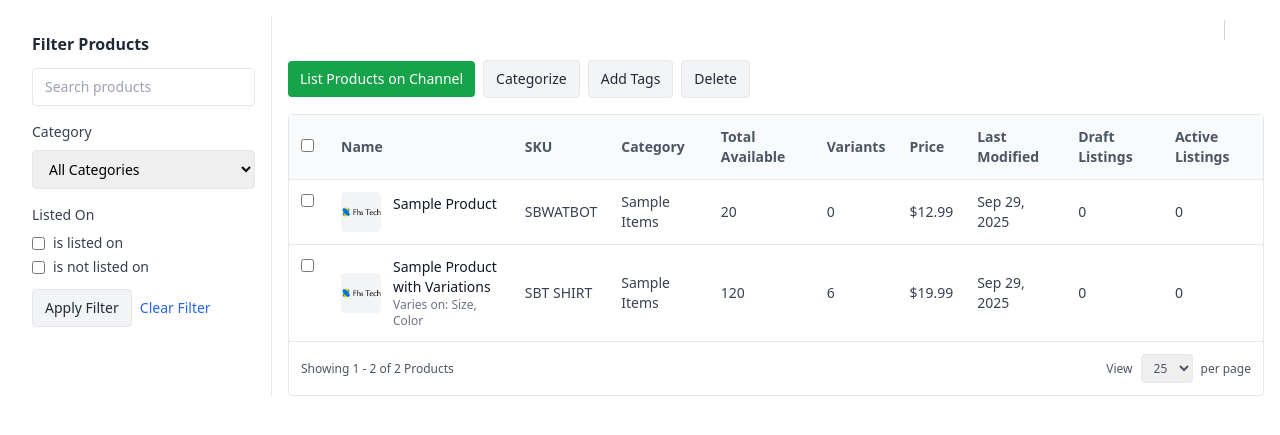
Repository: gofaiz23-dotcom/fhs_tech_frontend
Page: /products
These files come from the project's save history. The page is drawn as it stood at one moment and after the next save; the edit follows.
The browser window is 1280 px wide. The pictures show the whole page.
The project was rebuilt for these pictures with package versions that can differ from the ones it lists, and the page was loaded fresh each time. The framework's server and built-in components were replaced by stand-ins that run in the browser. Also part of the build but not shown: next.config.ts.

Above is the page before, as saved 2025-09-30 19:13:45.

After the next save:
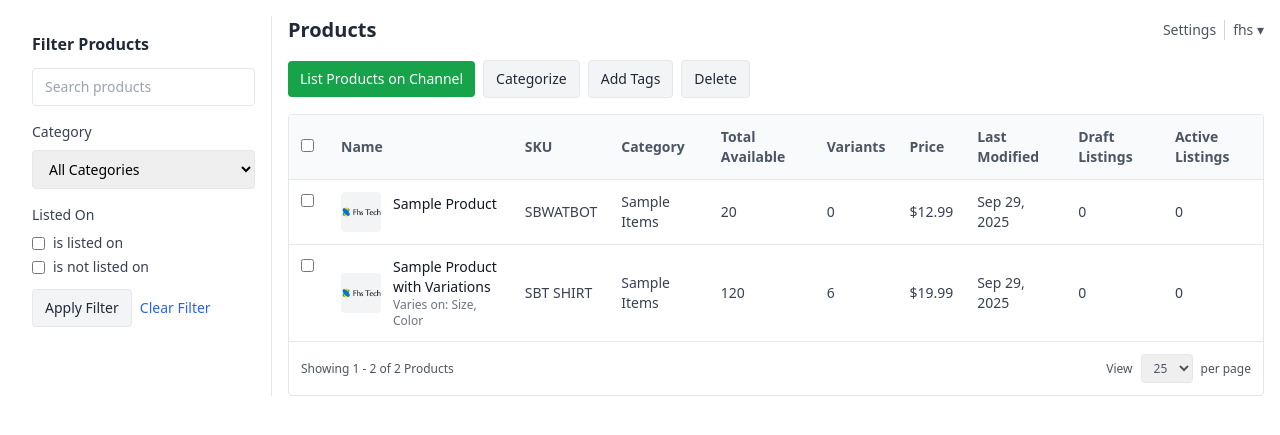
Saved 11 s later.
--- a/app/components/products.tsx
+++ b/app/components/products.tsx
@@ -146,8 +146,8 @@ const Products = () => {
 				{/* Main content */}
 				<main className="flex-1 space-y-4">
 					<div className="flex items-center justify-between">
-						<h1 className="text-xl font-semibold text-white">Products</h1>
-						<div className="flex items-center gap-2 text-sm text-white">
+						<h1 className="text-xl font-semibold text-gray-800">Products</h1>
+						<div className="flex items-center gap-2 text-sm text-gray-600">
 							<span>Settings</span>
 							<span className="w-px h-5 bg-gray-300" />
 							<span>fhs ▾</span>
